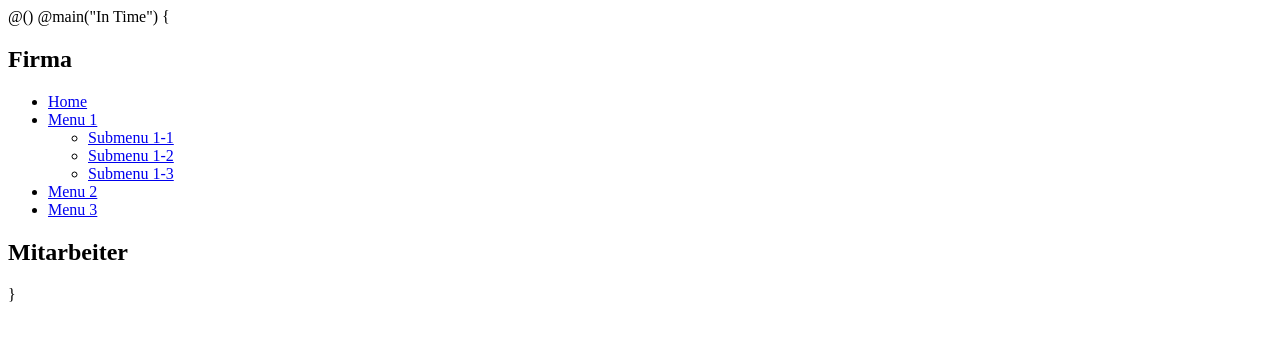
Repository: Avinukas/InTime
Page: intime/app/views/index.scala.html
An editor plug-in stored every save of this project. The page is shown before and after the next save, followed by the edit.
The browser window is 1280 px wide. The pictures show the whole page.

Above is the page before, as saved 2018-05-17 07:10:18.

After the next save:
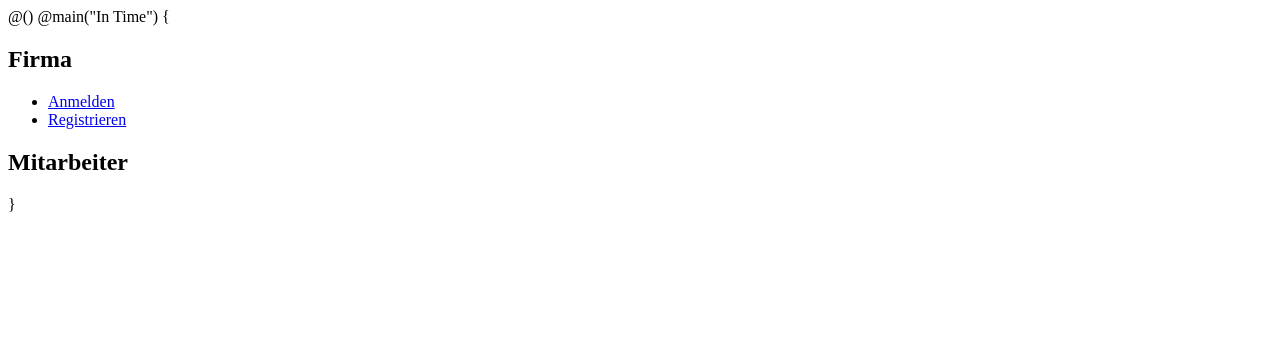
Saved 2 min 50 s later.
--- a/intime/app/views/index.scala.html
+++ b/intime/app/views/index.scala.html
@@ -3,16 +3,8 @@
 	<div class="one border">
 		<h2>Firma</h2>
 		<ul class="nav nav-tabs">
-			<li class="active"><a href="#">Home</a></li>
-			<li class="dropdown"><a class="dropdown-toggle"
-				data-toggle="dropdown" href="#">Menu 1 <span class="caret"></span></a>
-				<ul class="dropdown-menu">
-					<li><a href="#">Submenu 1-1</a></li>
-					<li><a href="#">Submenu 1-2</a></li>
-					<li><a href="#">Submenu 1-3</a></li>
-				</ul></li>
-			<li><a href="#">Menu 2</a></li>
-			<li><a href="#">Menu 3</a></li>
+			<li class="active"><a href="#">Anmelden</a></li>
+			<li><a href="#">Registrieren</a></li>
 		</ul>
 	</div>
 	<div class="two border">
